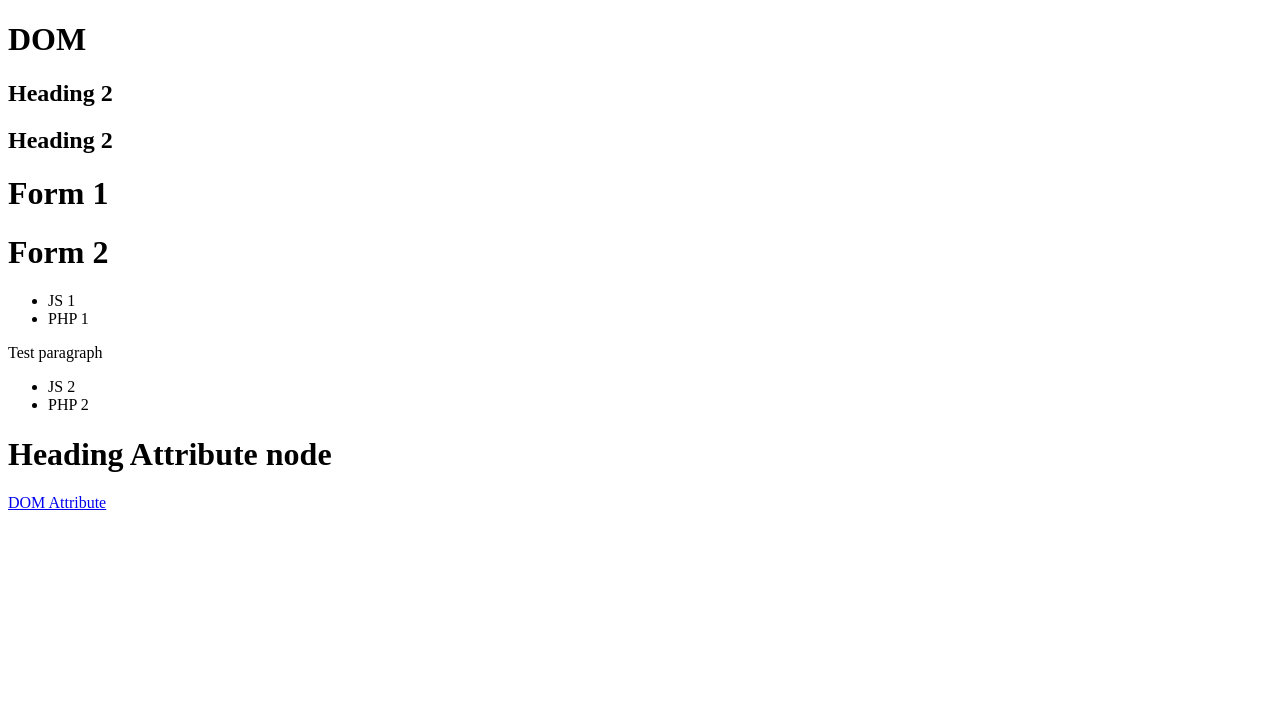
Repository: tannv3201/learn_JS_F8
Page: DOM/index.html
An editor plug-in stored every save of this project. The page is shown before and after the next save, followed by the edit.
The browser window is 1280 px wide. The pictures show the whole page.

Above is the page before, as saved 2022-08-06 22:35:02.

After the next save:
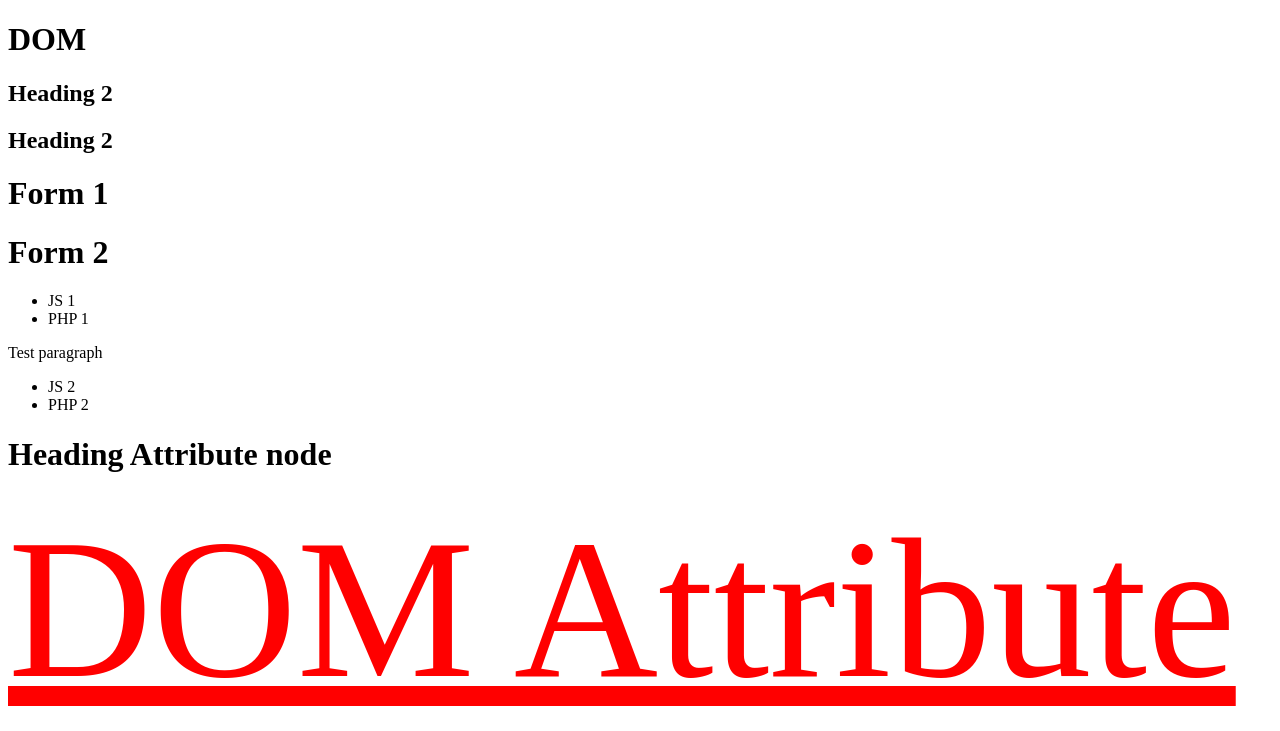
Saved 21 s later.
--- a/DOM/main.js
+++ b/DOM/main.js
@@ -101,4 +101,4 @@
 console.log(domAttr.getAttribute('id'))
 console.log(domAttr.getAttribute('title'))
 console.log(domAttr.title) // chỉ dùng khi attribute hợp lệ
-domAttr.setAttribute('style','font-size:200px, color:red;')
+domAttr.setAttribute('style','font-size:200px; color:red;')

After the save that followed:
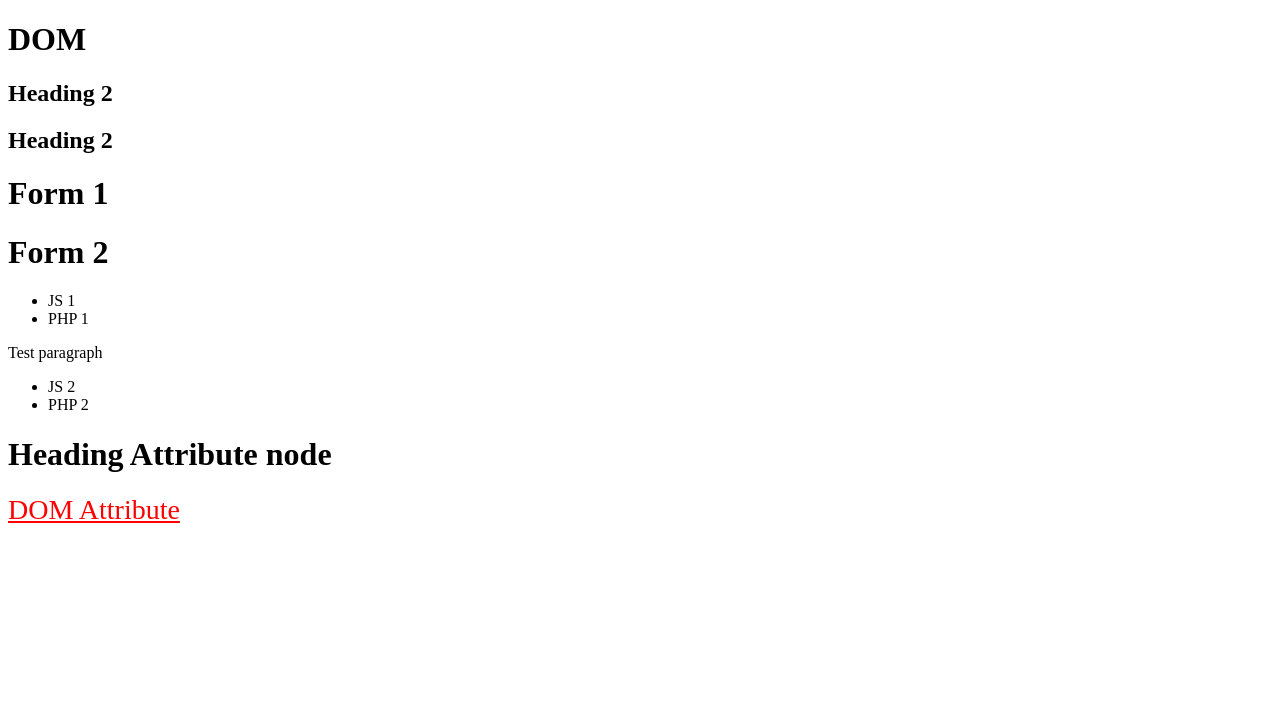
Saved 7 s later.
--- a/DOM/main.js
+++ b/DOM/main.js
@@ -101,4 +101,4 @@
 console.log(domAttr.getAttribute('id'))
 console.log(domAttr.getAttribute('title'))
 console.log(domAttr.title) // chỉ dùng khi attribute hợp lệ
-domAttr.setAttribute('style','font-size:200px; color:red;')
+domAttr.setAttribute('style','font-size:28px; color:red;')
